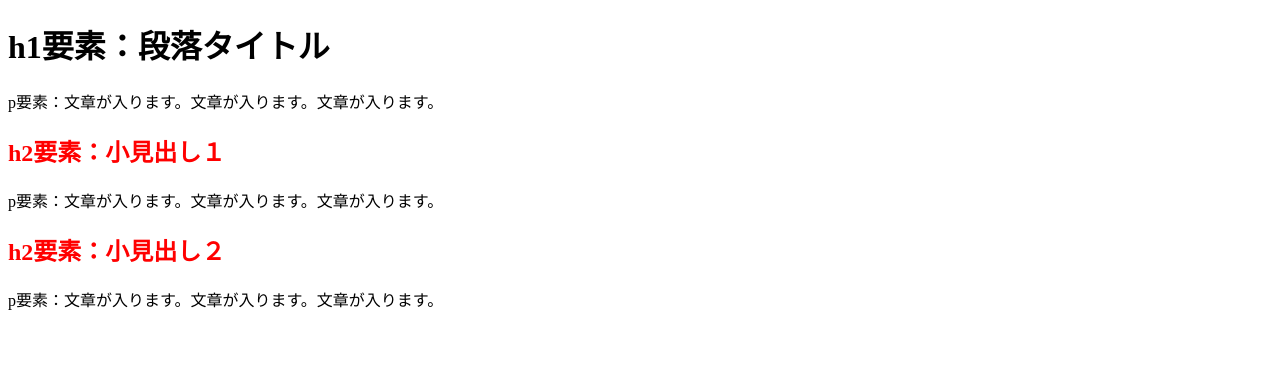
Repository: mizuki520/samurai_HTML-CSS
Page: index.html
The author's editor kept a record of every edit. The page is drawn from the files as they stood at one moment, then again after the next edit.
The browser window is 1280 px wide. The pictures show the whole page.

Above is the page before.

### index.html
<!DOCTYPE html>
<html lang-"ja">
 <head>
  <meta charset="UTF-8">
  <title>HTML/CSSの学習</title>
  <style>
   h2 {
    color: red;
   }
  </style>
  </head>
 <body>
  <h1>h1要素：段落タイトル</h1>
  <p>p要素：文章が入ります。文章が入ります。文章が入ります。</p>
  <h2>h2要素：小見出し１</h2>
  <p>p要素：文章が入ります。文章が入ります。文章が入ります。</p>
  <h2>h2要素：小見出し２</h2>
  <p>p要素：文章が入ります。文章が入ります。文章が入ります。</p>
 </body>
</html>

After the next edit:
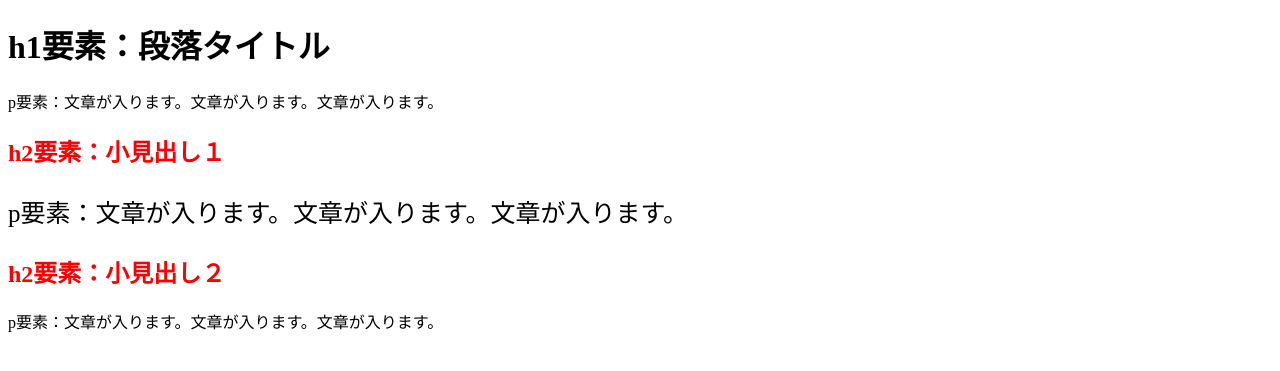
The edit:
--- a/index.html
+++ b/index.html
@@ -13,7 +13,8 @@
   <h1>h1要素：段落タイトル</h1>
   <p>p要素：文章が入ります。文章が入ります。文章が入ります。</p>
   <h2>h2要素：小見出し１</h2>
-  <p>p要素：文章が入ります。文章が入ります。文章が入ります。</p>
+  <p style="font-size: 25px;">
+   p要素：文章が入ります。文章が入ります。文章が入ります。</p>
   <h2>h2要素：小見出し２</h2>
   <p>p要素：文章が入ります。文章が入ります。文章が入ります。</p>
  </body>
